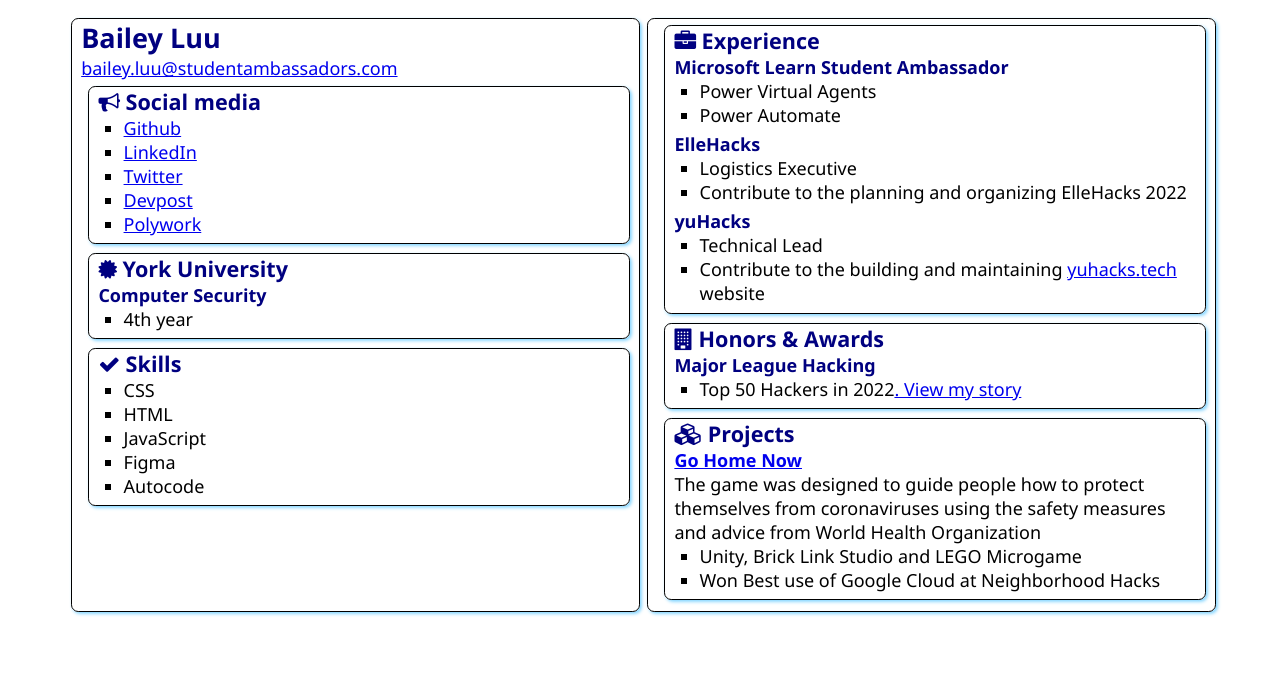
Repository: BaileyLuu/SATechnicalOnboarding
Page: src/index.html
These files come from the project's save history. The page is drawn as it stood at one moment and after the next save; the edit follows.
The browser window is 1280 px wide. The pictures show the whole page.

Above is the page before, as saved 2022-07-27 21:21:55.

### src/index.html
<!DOCTYPE html>
<html lang="en">
<head>
    <meta charset="UTF-8">
    <meta http-equiv="X-UA-Compatible" content="IE=edge">
    <meta name="viewport" content="width=device-width, initial-scale=1.0">
    <title>Resume</title>

    <link rel="stylesheet" href="style.css">
    <link rel="stylesheet" href="https://cdnjs.cloudflare.com/ajax/libs/font-awesome/4.7.0/css/font-awesome.min.css">
</head>
<body>
    <main>
        <article class="box">
            <h1>Bailey Luu</h1>
            <div><a href="mailto:bailey.luu@studentambassadors.com">bailey.luu@studentambassadors.com</a></div>

            <section class="box">
                <h2>
                    <i class="fa fa-bullhorn" aria-hidden="true"></i>
                    Social media
                </h2>
                <ul>
                    <li><a href="https://github.com/BaileyLuu">Github</a></li>
                    <li><a href="https://linkedin.com/in/baileyluu">LinkedIn</a></li>
                    <li><a href="https://twitter.com/bailey_luu">Twitter</a></li>
                    <li><a href="https://devpost.com/bailey-luu30">Devpost</a></li>
                    <li><a href="https://www.polywork.com/baileyluu">Polywork</a></li>
                </ul>
            </section>

            <section class="box">
                <div class="education">
                    <h2>
                        <i class="fa fa-certificate" aria-hidden="true"></i>
                        York University
                    </h2>
                    <h3>Computer Security</h3>
                    <ul>

                        <li>4th year</li>
                    </ul>
                </div>
            </section>

            <section class="box">
                <h2>
                    <i class="fa fa-check" aria-hidden="true"></i>
                    Skills
                </h2>
                <ul>
                    <li>CSS</li>
                    <li>HTML</li>
                    <li>JavaScript</li>
                    <li>Figma</li>
                    <li>Autocode</li>
                </ul>
            </section>
        </article>
        <article class="box">
            <section class="box">
                <h2>
                    <i class="fa fa-briefcase" aria-hidden="true"></i>
                    Experience
                </h2>
                <h3>Microsoft Learn Student Ambassador</h3>
                <ul>
                    <li>Power Virtual Agents</li>
                    <li>Power Automate</li>
                </ul>
                <h3>ElleHacks</h3>
                <ul>
                    <li>Logistics Executive</li>
                    <li>Contribute to the planning and organizing ElleHacks 2022</li>
                </ul>
                <h3>yuHacks</h3>
                <ul>
                    <li>Technical Lead</li>
                    <li>Contribute to the building and maintaining <a href="http://yuhacks.tech">yuhacks.tech</a> website </li>
                </ul>
            </section>
            <section class="box">
                <h2>
                    <i class="fa fa-building" aria-hidden="true"></i>
                    Honors & Awards
                </h2>

                <h3>Major League Hacking</h3>
                <ul>
                    <li>Top 50 Hackers in 2022<a href="https://top.mlh.io/2022/profiles/bailey-luu">. View my story</a></li>

                </ul>
            </section>
            <section class="box">
                <h2>
                    <i class="fa fa-cubes" aria-hidden="true"></i>
                    Projects
                </h2>

                <h3><a href="https://devpost.com/software/go-home-now">Go Home Now</a></h3>
                <div>The game was designed to guide people how to protect themselves from coronaviruses using the safety measures and advice from World Health Organization</div>
                <ul>
                    <li>Unity, Brick Link Studio and LEGO Microgame</li>
                    <li>Won Best use of Google Cloud at Neighborhood Hacks</li>
                </ul>
            </section>
        </article>

    </main>
</body>
</html>

Loaded but not shown: src/style.css (common file)

After the next save:
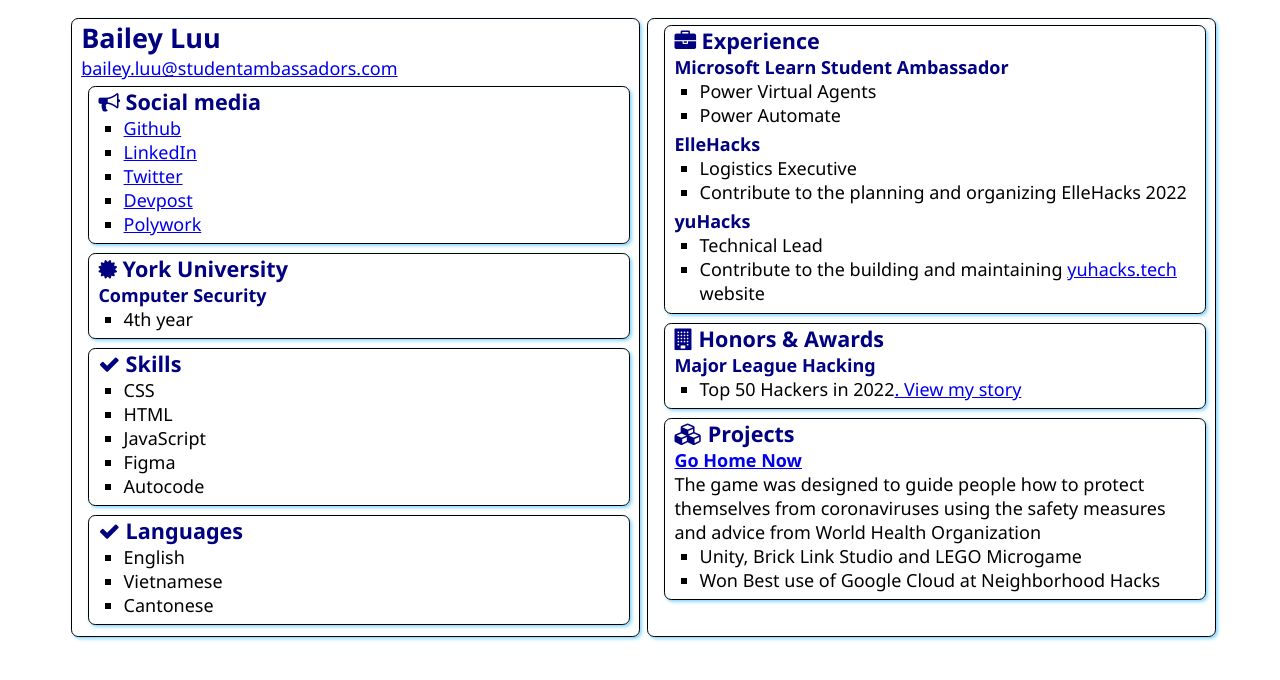
Saved 23 min 36 s later.
--- a/src/index.html
+++ b/src/index.html
@@ -56,6 +56,17 @@
                     <li>Autocode</li>
                 </ul>
             </section>
+            <section class="box">
+                <h2>
+                    <i class="fa fa-check" aria-hidden="true"></i>
+                    Languages
+                </h2>
+                <ul>
+                    <li>English</li>
+                    <li>Vietnamese</li>
+                    <li>Cantonese</li>
+                </ul>
+            </section>
         </article>
         <article class="box">
             <section class="box">
